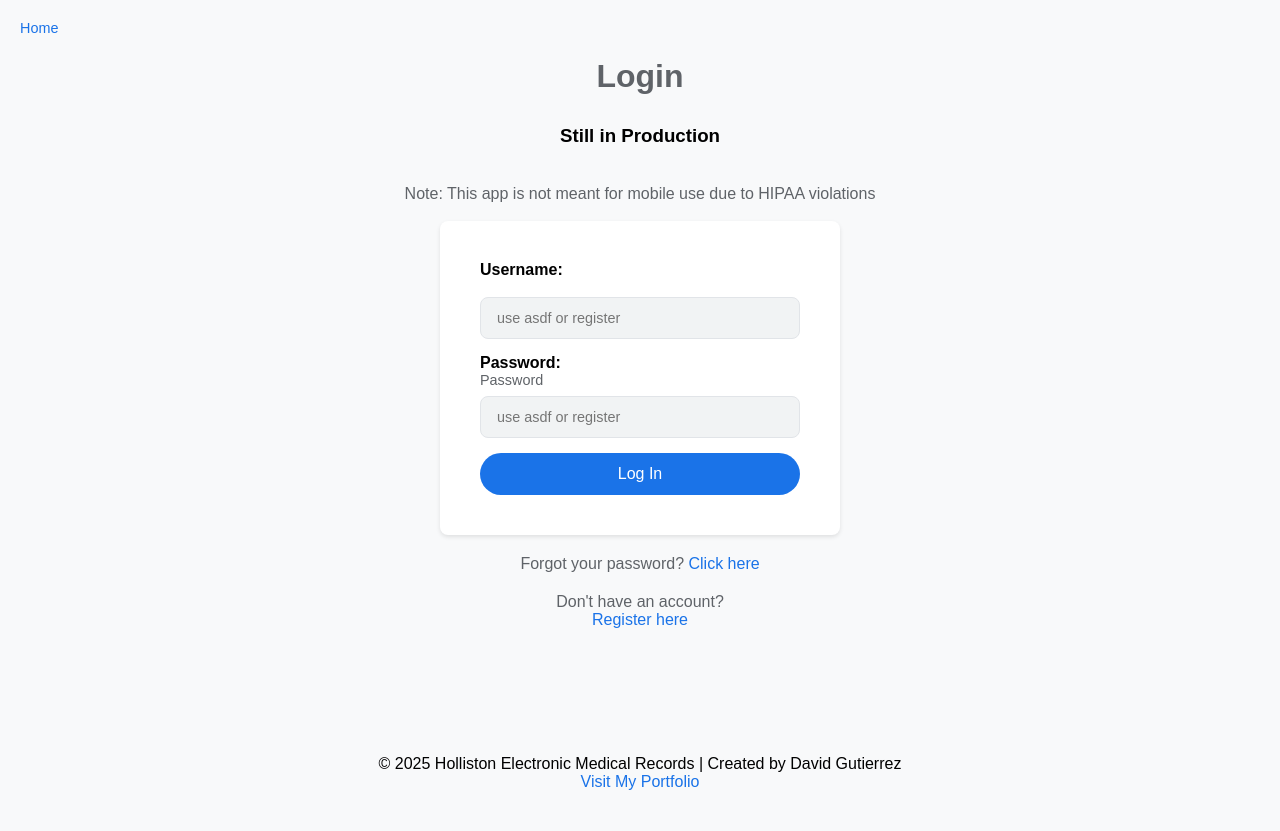
Repository: DavidG626/Flask-Project
Page: http://localhost/login?next=%2Fcpt%2Fcpt_codes
An editor plug-in stored every save of this project. The page is shown before and after the next save, followed by the edit.
The browser window is 1280 px wide. The pictures show the whole page.
The page is served by the project's application, run on Flask 3 (tempCodeRunnerFile.py).

Above is the page before, as saved 2025-03-11 12:24:23.

After the next save:
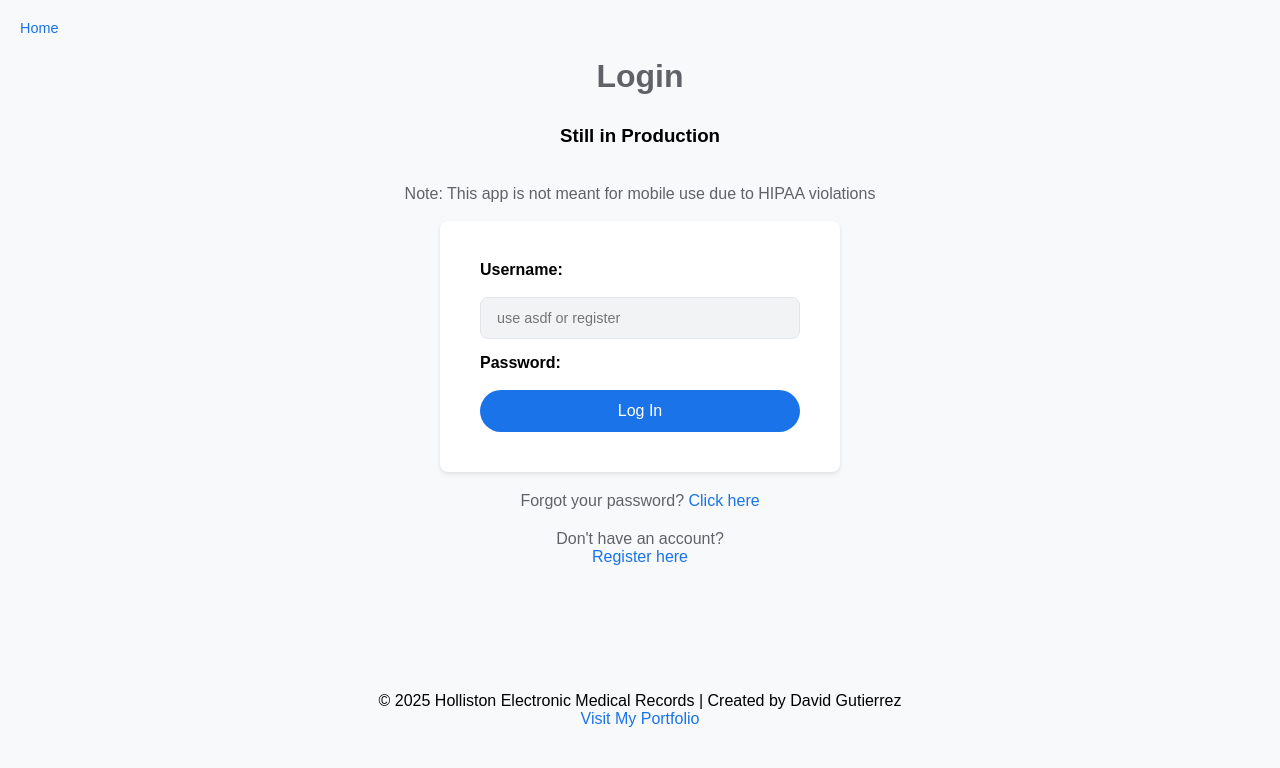
Saved 10 s later.
--- a/templates/login.html
+++ b/templates/login.html
@@ -41,7 +41,7 @@
          <!-- Render Password Field -->
          <h4>Password:</h4>
          <div>
-            {{ form.password.label(class="form-label") }}
+            <br
             {{ form.password(class="form-input", placeholder="use asdf or register") }}
 
         </div>

After the save that followed:
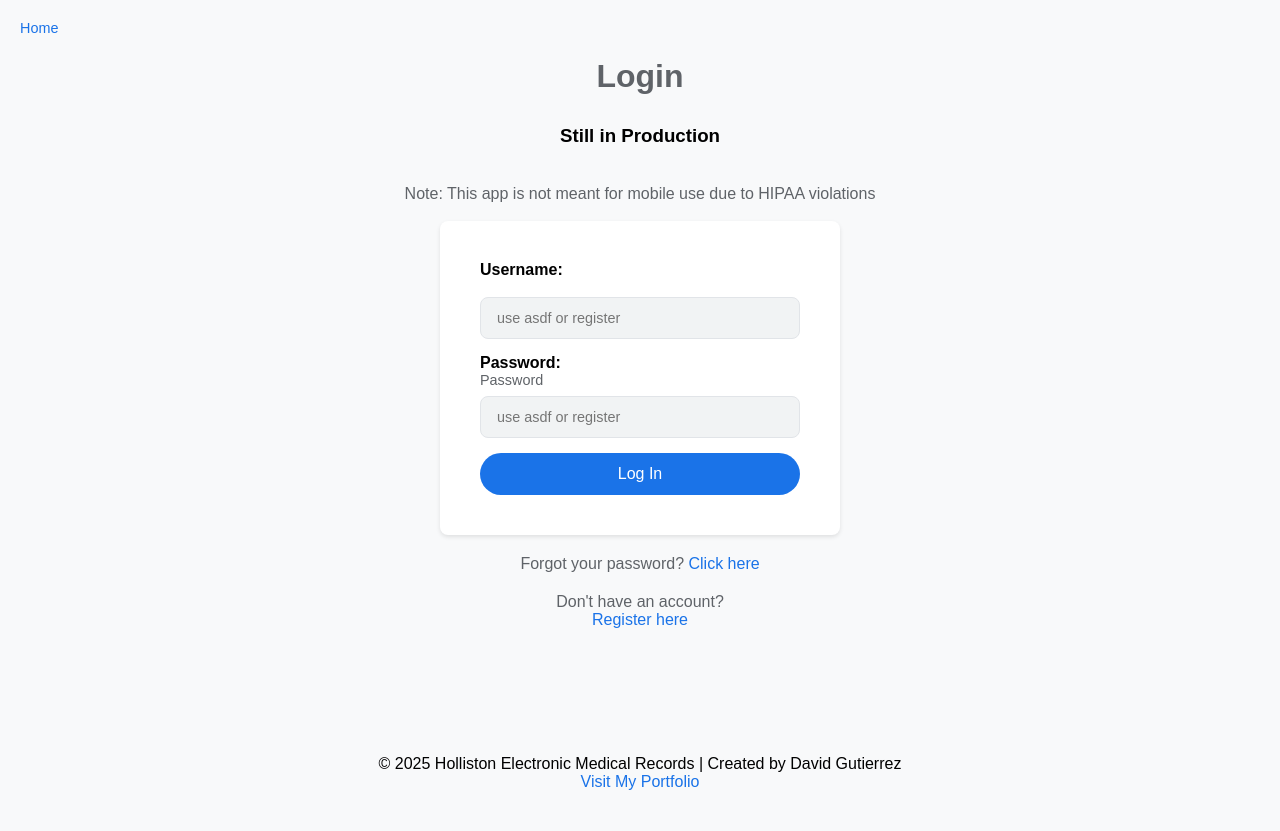
Saved 10 s later.
--- a/templates/login.html
+++ b/templates/login.html
@@ -41,7 +41,7 @@
          <!-- Render Password Field -->
          <h4>Password:</h4>
          <div>
-            <br
+            {{ form.password.label(class="form-label") }}
             {{ form.password(class="form-input", placeholder="use asdf or register") }}
 
         </div>
